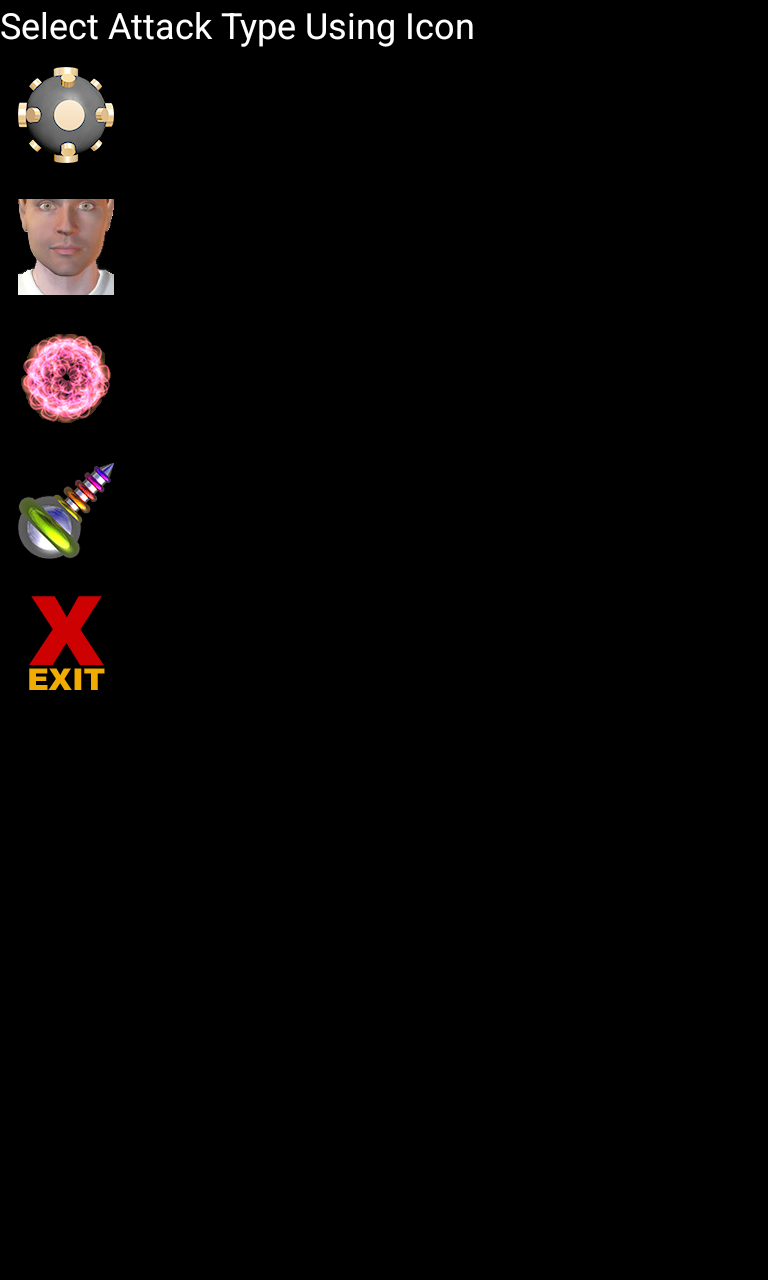
Repository: TimGirouard/tim-hobby-bucket
Layout: Android_Work/workspace/Hello_World/res/layout/activity_attack.xml
An editor plug-in stored every save of this project. The layout is shown before and after the next save, followed by the edit.
It is drawn on a 768 x 1280 px phone screen (xhdpi) without system bars, with theme AppTheme; the app's code is not run.

Above is the layout before, as saved 2014-01-17 16:50:02.

### Android_Work/workspace/Hello_World/res/layout/activity_attack.xml
<?xml version="1.0" encoding="utf-8"?>
<LinearLayout xmlns:android="http://schemas.android.com/apk/res/android"
    android:layout_width="match_parent"
    android:layout_height="match_parent"
    android:orientation="vertical"
    android:background="#000000" >
    <TextView
        android:textColor="#FFFFFF"
        android:textSize="18sp"
        android:layout_width="wrap_content"
        android:layout_height="wrap_content"
        android:text="@string/attack_planet_caption" />
    <ImageButton
        android:id="@+id/bombButton"
        android:background="#00000000"
        android:layout_width="wrap_content"
        android:layout_height="wrap_content"
        android:contentDescription="@string/content_desc_bomb"
        android:layout_margin="9dp"
        android:src="@drawable/attackbomb"
        android:soundEffectsEnabled="true" />
    <ImageButton
        android:id="@+id/invadeButton"
        android:background="#00000000"
        android:layout_width="wrap_content"
        android:layout_height="wrap_content"
        android:contentDescription="@string/content_desc_invade"
        android:layout_margin="9dp"
        android:src="@drawable/attackinvade"
        android:soundEffectsEnabled="true" />
    <ImageButton
        android:id="@+id/infectButton"
        android:background="#00000000"
		android:layout_width="wrap_content"
        android:layout_height="wrap_content"
        android:contentDescription="@string/content_desc_virus"
        android:layout_margin="9dp"
        android:src="@drawable/attackvirus"
        android:soundEffectsEnabled="true" />
    <ImageButton
        android:id="@+id/laserButton"
        android:background="#00000000"
		android:layout_width="wrap_content"
        android:layout_height="wrap_content"
        android:contentDescription="@string/content_desc_laser"
        android:layout_margin="9dp"
        android:src="@drawable/attacklaser"
        android:soundEffectsEnabled="true" />
    <ImageButton
        android:id="@+id/exitButton"
        android:background="#00000000"
		android:layout_width="wrap_content"
        android:layout_height="wrap_content"
        android:contentDescription="@string/content_desc_exit"
        android:layout_margin="9dp"
        android:src="@drawable/attackexit"
        android:soundEffectsEnabled="true" />
</LinearLayout>

### Android_Work/workspace/Hello_World/res/values/strings.xml
<?xml version="1.0" encoding="utf-8"?>
<resources>

    <string name="app_name">Hello_World</string>
    <string name="hello_world">Hello world!</string>
    <string name="add_planet_caption">Click Planet to Add</string>
    <string name="planet_name_label">Planet Name: </string>
	<string name="planet_mass_label">Planet Mass: </string>
	<string name="planet_gravity_label">Planet Gravity: </string>
	<string name="planet_colonies_label">Planet Colonies: </string>
	<string name="planet_population_label">Planet Population: </string>
	<string name="planet_military_label">Planet Military: </string>
	<string name="planet_bases_label">Planet Bases: </string>
	<string name="planet_forcefield_label">Planet Forcefield: </string>
    <string name="menu_add_planet">Add a New Planet</string>
    <string name="menu_config_planet">Configure Planet</string>
    <string name="menu_travel_planet">Travel to Planet</string>
    <string name="menu_attack_planet">Attack on Planet</string>
    <string name="menu_home_planet">Show Home Planet</string>
	<string name="content_desc_earth">Planet Earth</string>
	<string name="content_desc_mars">Planet Mars</string>
	<string name="content_desc_venus">Planet Venus</string>
	<string name="content_desc_jupiter">Planet Jupiter</string>
	<string name="content_desc_saturn">Planet Saturn</string>
	<string name="content_desc_neptune">Planet Neptune</string>
	<string name="button_name_colonies">Add Colonies</string>
	<string name="button_name_colonists">Add Colonists</string>
	<string name="button_name_bases">Add Bases</string>
	<string name="button_name_military">Add Military</string>
	<string name="button_name_ffon">Forcefield On</string>
	<string name="button_name_ffoff">Forcefield Off</string>
	<string name="button_name_done">Done Configuring</string>
	<string name="button_name_done_add">All Done!</string>
	<string name="content_desc_bomb">Bomb the Planet</string>
	<string name="content_desc_invade">Invade the Planet</string>
	<string name="content_desc_virus">Infect Planet with Virus</string>
	<string name="content_desc_laser">Fire Laser at Planet</string>
	<string name="content_desc_exit">Exit to Home Planet</string>
	<string name="attack_planet_caption">Select Attack Type Using Icon</string>



	<string name="button_name_return">Return Home</string>
</resources>

Loaded but not shown: Android_Work/workspace/Hello_World/res/values/styles.xml (common file); Android_Work/workspace/Hello_World/res/values-v11/styles.xml (common file); Android_Work/workspace/Hello_World/res/values-v14/styles.xml (common file)

After the next save:
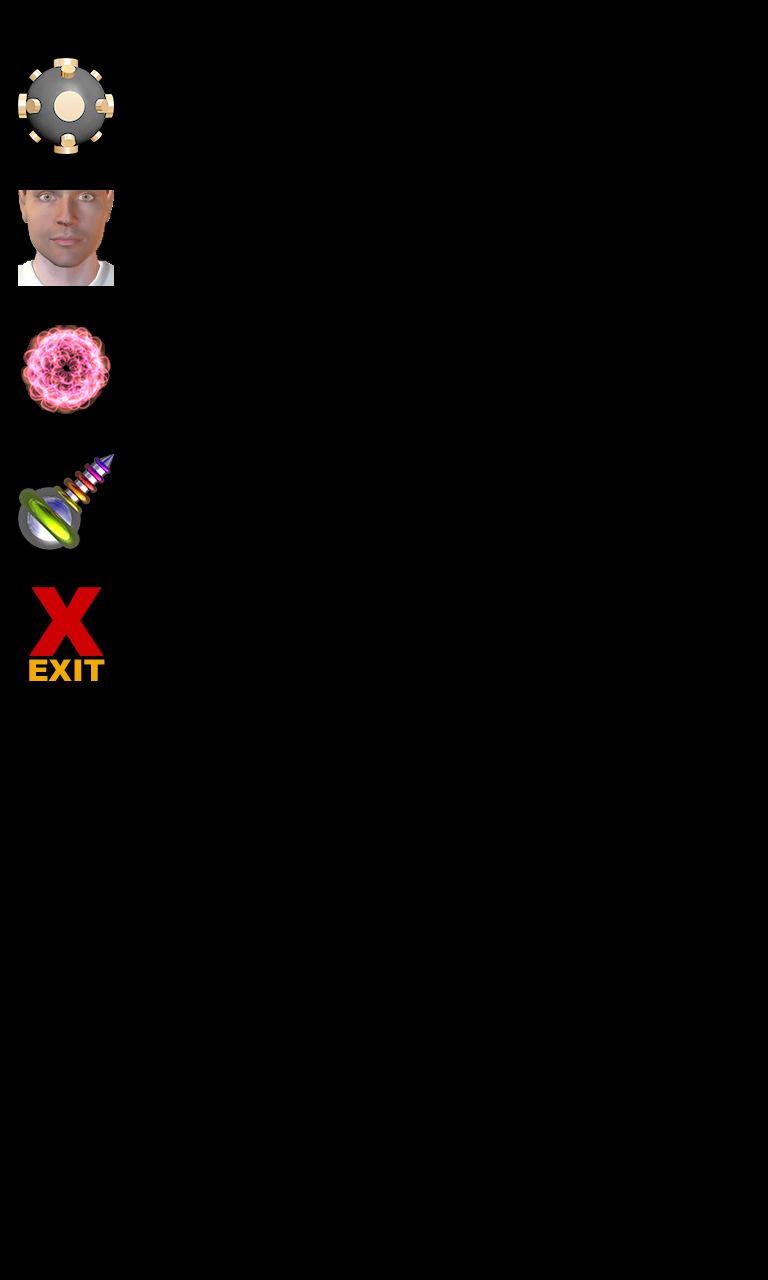
Saved 4 min 31 s later.
--- a/Android_Work/workspace/Hello_World/res/layout/activity_attack.xml
+++ b/Android_Work/workspace/Hello_World/res/layout/activity_attack.xml
@@ -4,12 +4,11 @@
     android:layout_height="match_parent"
     android:orientation="vertical"
     android:background="#000000" >
-    <TextView
-        android:textColor="#FFFFFF"
-        android:textSize="18sp"
-        android:layout_width="wrap_content"
-        android:layout_height="wrap_content"
-        android:text="@string/attack_planet_caption" />
+    <LinearLayout
+        android:layout_width="match_parent"
+	    android:layout_height="match_parent"
+	    android:orientation="vertical"
+	    android:layout_marginTop="20dp" >
     <ImageButton
         android:id="@+id/bombButton"
         android:background="#00000000"
@@ -55,4 +54,18 @@
         android:layout_margin="9dp"
         android:src="@drawable/attackexit"
         android:soundEffectsEnabled="true" />
+    </LinearLayout>
+    <LinearLayout
+        android:layout_width="match_parent"
+	    android:layout_height="match_parent"
+	    android:orientation="vertical"
+	    android:layout_marginTop="20dp" >
+
+    <TextView
+        android:textColor="#FFFFFF"
+        android:textSize="18sp"
+        android:layout_width="wrap_content"
+        android:layout_height="wrap_content"
+        android:text="@string/attack_planet_caption" />
+    </LinearLayout>
 </LinearLayout>
